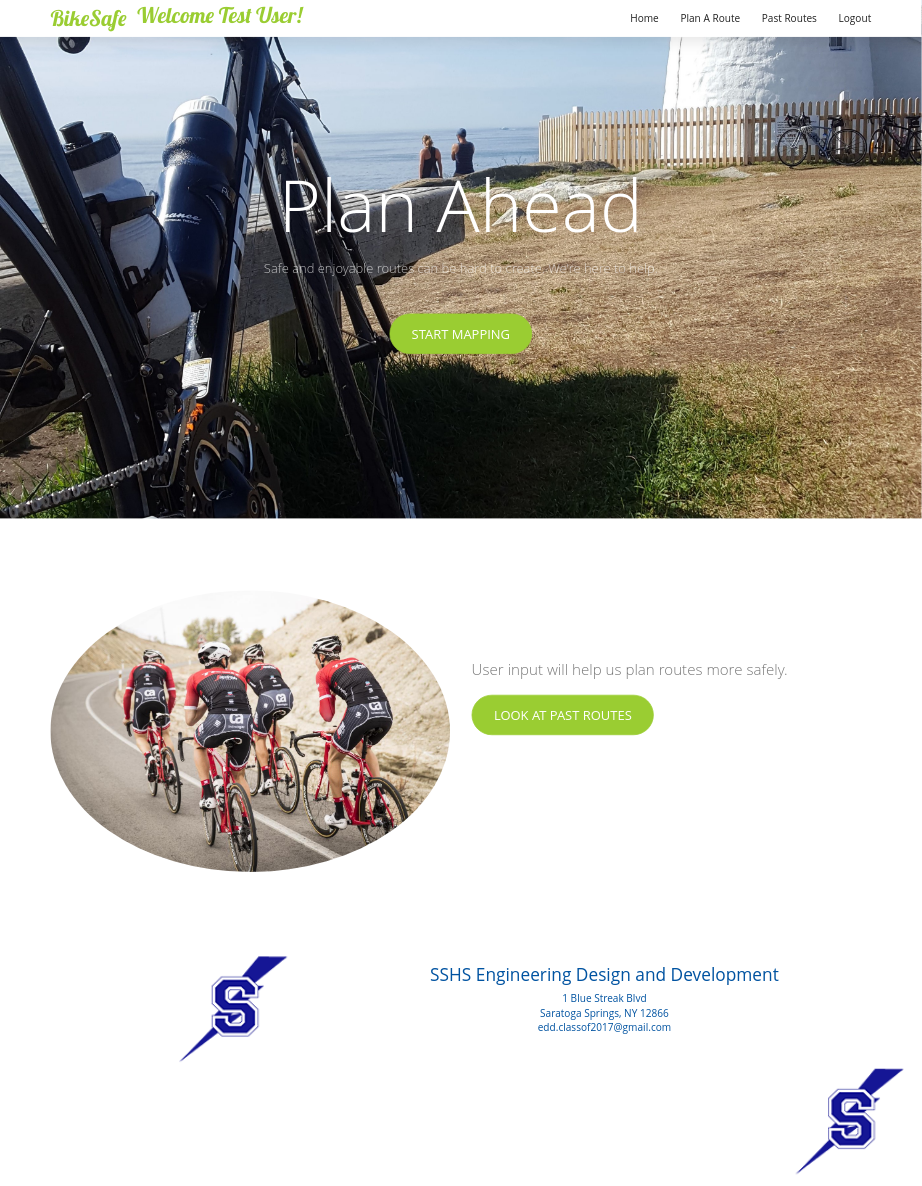
Repository: ahowe444/BikeSafely
Page: http://localhost/
The author's editor kept a record of every edit. The page is drawn from the files as they stood at one moment, then again after the next edit.
The browser window is 1280 px wide. The pictures show the whole page, at 72% of full size.
Some web libraries are served in a nearby version. The page is run by PHP 8.4 with error messages shown; the project is at /var/www/html/. The session is filled in as if someone had signed in: {"email": "test@example.com", "name": "Test User", "logged": true}.

Above is the page before.

After the next edit:
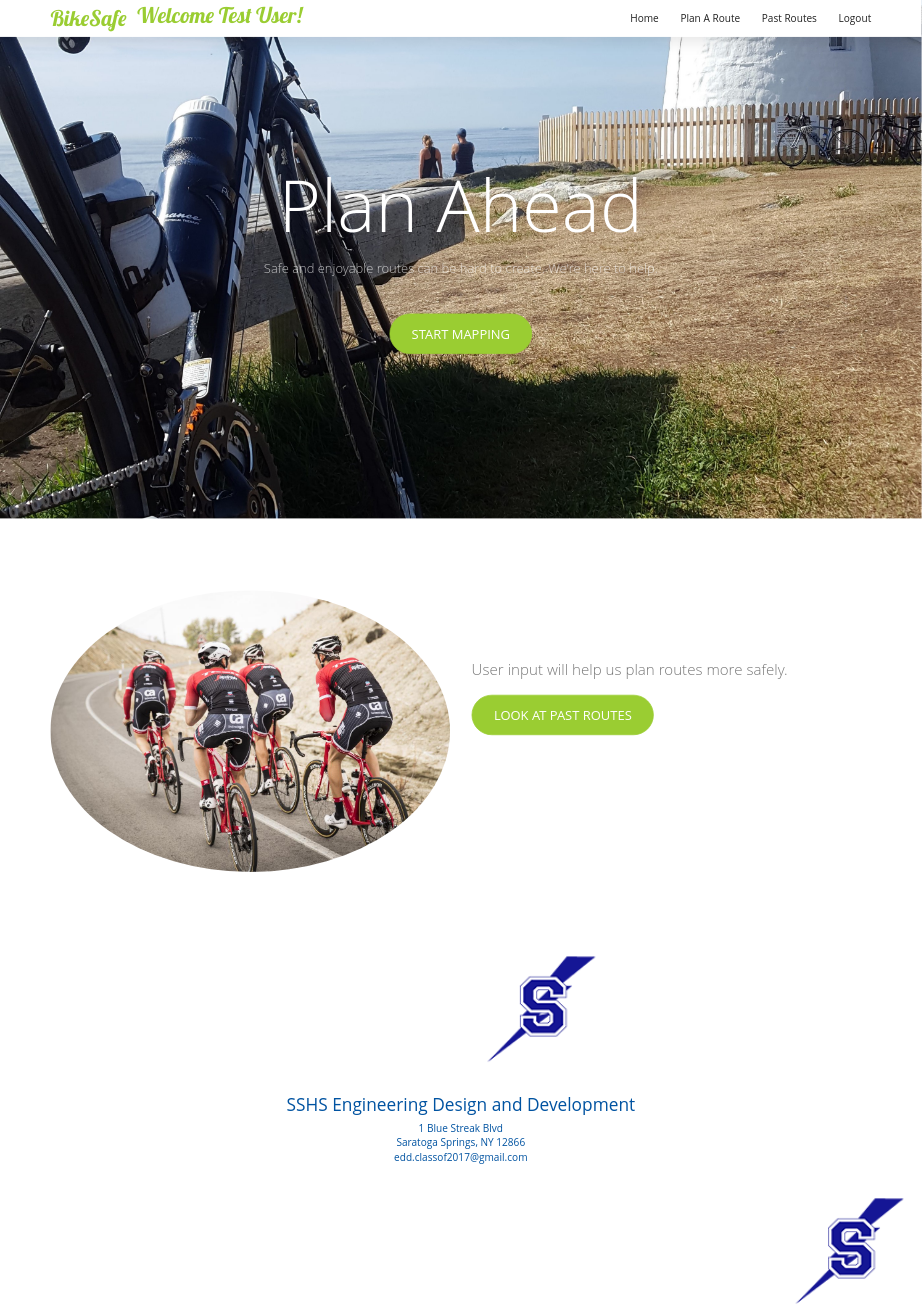
The edit:
--- a/css/footer.css
+++ b/css/footer.css
@@ -20,7 +20,7 @@
     position: relative;
     margin:0;
     padding: 10px 25px;}
-	#footer-Col1 {float: left; }
+	#footer-Col1 {}
 	#footer-Col2 {color:#0053A1; float: center;}
     #footer-Col3 {float: right; }
 
